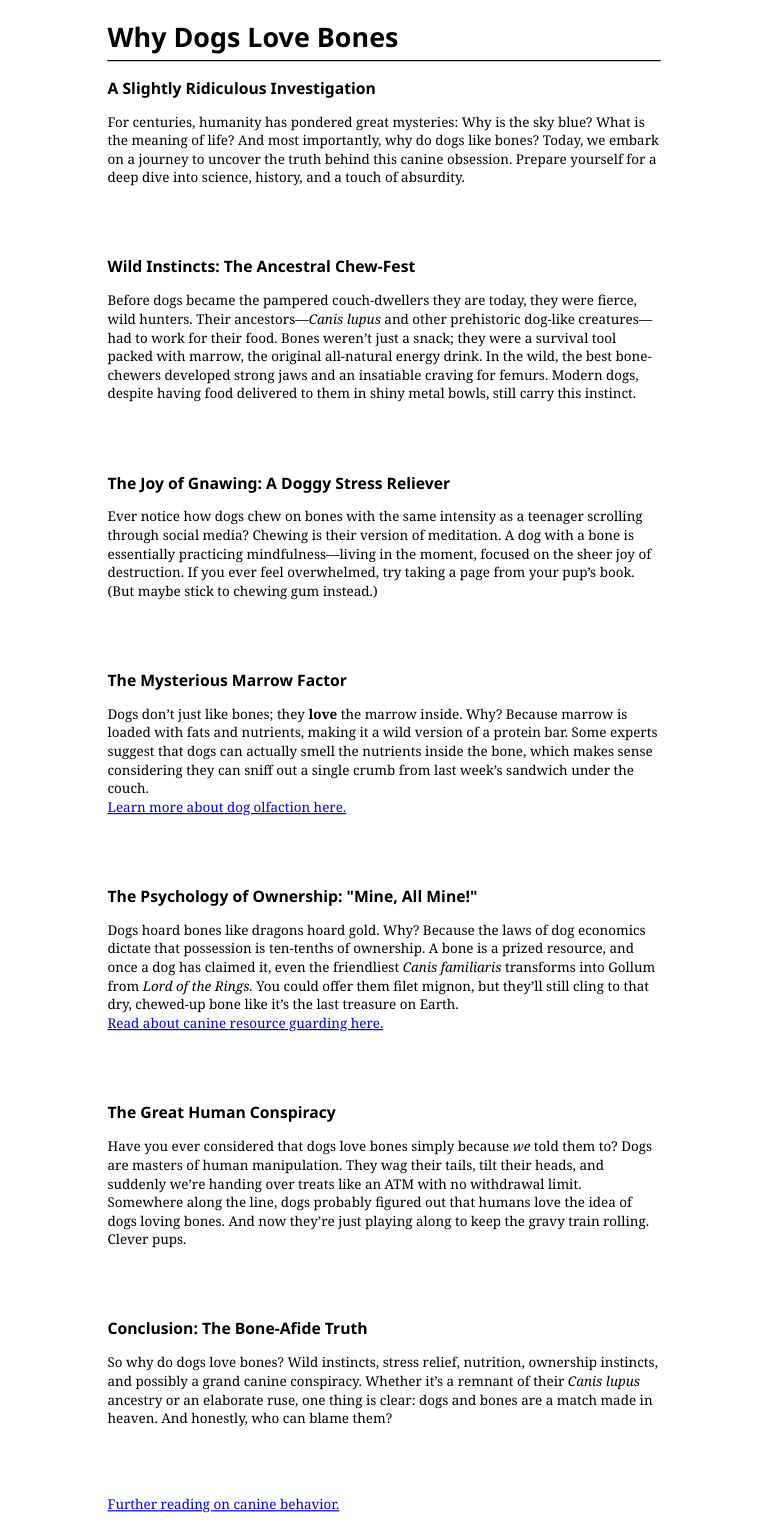
Repository: Leith-vdl/apprentice-challenge-1
Page: index.html
An editor plug-in stored every save of this project. The page is shown before and after the next save, followed by the edit.
The browser window is 1280 px wide. The pictures show the whole page, at 60% of full size.

Above is the page before, as saved 2025-01-31 15:27:49.

### index.html
<!DOCTYPE html>
<html lang="en">
<head>
    <meta charset="UTF-8">
    <meta name="viewport" content="width=device-width, initial-scale=1.0">
    <title>Why Dogs Love Bones</title>
    <link rel="stylesheet" href="styles/styles.css">
</head>
<body>
    <header class="page-header">
        <h1 class="page-header-title">
            Why Dogs Love Bones
        </h1>
    </header>
    <main>
        <section>
            <h3 class="section-title">A Slightly Ridiculous Investigation</h3>
            <p class="section-main-text">
                For centuries, humanity has pondered great mysteries: Why is the sky blue? What is the
                meaning of life? And most importantly, why do dogs like bones? Today, we embark on a
                journey to uncover the truth behind this canine obsession. Prepare yourself for a deep dive into
                science, history, and a touch of absurdity.
            </p>
        </section>
        <section>
            <h3 class="section-title">Wild Instincts: The Ancestral Chew-Fest</h3>
            <p class="section-main-text">
                Before dogs became the pampered couch-dwellers they are today, they were fierce, wild
                hunters. Their ancestors—<i>Canis lupus</i> and other prehistoric dog-like creatures—had to work for
                their food. Bones weren’t just a snack; they were a survival tool packed with marrow, the
                original all-natural energy drink. In the wild, the best bone-chewers developed strong jaws
                and an insatiable craving for femurs. Modern dogs, despite having food delivered to them in
                shiny metal bowls, still carry this instinct.
            </p>
        </section>
        <section>
            <h3 class="section-title">The Joy of Gnawing: A Doggy Stress Reliever</h3>
            <p class="section-main-text">
                Ever notice how dogs chew on bones with the same intensity as a teenager scrolling through
                social media? Chewing is their version of meditation. A dog with a bone is essentially practicing
                mindfulness—living in the moment, focused on the sheer joy of destruction. If you ever feel
                overwhelmed, try taking a page from your pup’s book. (But maybe stick to chewing gum
                instead.)
            </p>
        </section>
        <section>
            <h3 class="section-title">The Mysterious Marrow Factor</h3>
            <p class="section-main-text">
                Dogs don’t just like bones; they <b>love</b> the marrow inside. Why? Because marrow is loaded with
                fats and nutrients, making it a wild version of a protein bar. Some experts suggest that dogs
                can actually smell the nutrients inside the bone, which makes sense considering they can sniff
                out a single crumb from last week’s sandwich under the couch.<br>
                <a href="https://vcahospitals.com/know-your-pet/how-dogs-use-smell-to-perceive-the-world" target="_blank">Learn more about dog olfaction here.</a>
            </p>
        </section>
        <section>
            <h3 class="section-title">The Psychology of Ownership: "Mine, All Mine!"</h3>
            <p class="section-main-text">
                Dogs hoard bones like dragons hoard gold. Why? Because the laws of dog economics dictate
                that possession is ten-tenths of ownership. A bone is a prized resource, and once a dog has
                claimed it, even the friendliest <i>Canis familiaris</i> transforms into Gollum from <i>Lord of the Rings.</i>
                You could offer them filet mignon, but they’ll still cling to that dry, chewed-up bone like it’s the
                last treasure on Earth.<br>
                <a href="https://www.battersea.org.uk/pet-advice/dog-advice/dealing-resource-guarding?gad_source=1&gclid=Cj0KCQiAhvK8BhDfARIsABsPy4h3CRlVVPVANZfAc-HngzDTwKg5KUgeNuAmZD8EIJDuwS7ktlBpRYQaAjNyEALw_wcB" target="_blank">Read about canine resource guarding here.</a>
            </p>
        </section>
        <section>
            <h3 class="section-title">The Great Human Conspiracy</h3>
            <p class="section-main-text">
                Have you ever considered that dogs love bones simply because <i>we</i> told them to? Dogs are
                masters of human manipulation. They wag their tails, tilt their heads, and suddenly we’re
                handing over treats like an ATM with no withdrawal limit. Somewhere along the line, dogs
                probably figured out that humans love the idea of dogs loving bones. And now they’re just
                playing along to keep the gravy train rolling. Clever pups.
            </p>
        </section>
        <section>
            <h3 class="section-title">Conclusion: The Bone-Afide Truth</h3>
            <p class="section-main-text">
                So why do dogs love bones? Wild instincts, stress relief, nutrition, ownership instincts, and
                possibly a grand canine conspiracy. Whether it’s a remnant of their <i>Canis lupus</i> ancestry or an
                elaborate ruse, one thing is clear: dogs and bones are a match made in heaven. And honestly,
                who can blame them?
            </p>
        </section>
    </main>
    <footer>
        <p>
            <a href="https://en.wikipedia.org/wiki/Dog_behavior" target="_blank">Further reading on canine behavior.</a>
        </p>
    </footer>
</body>
</html>

### styles/styles.css
body {
    margin: 1em 8em;
    font-size: 1.4em;
    font-family: Georgia, 'Times New Roman', Times, serif
}

.page-header {
    border-bottom: 2px solid black;
}

h1.page-header-title, h3.section-title {
    font-family: 'Segoe UI', Tahoma, Geneva, Verdana, sans-serif;
    margin-bottom: 0.2em;
}

p.section-main-text {
    padding-bottom: 4em;
}

After the next save:
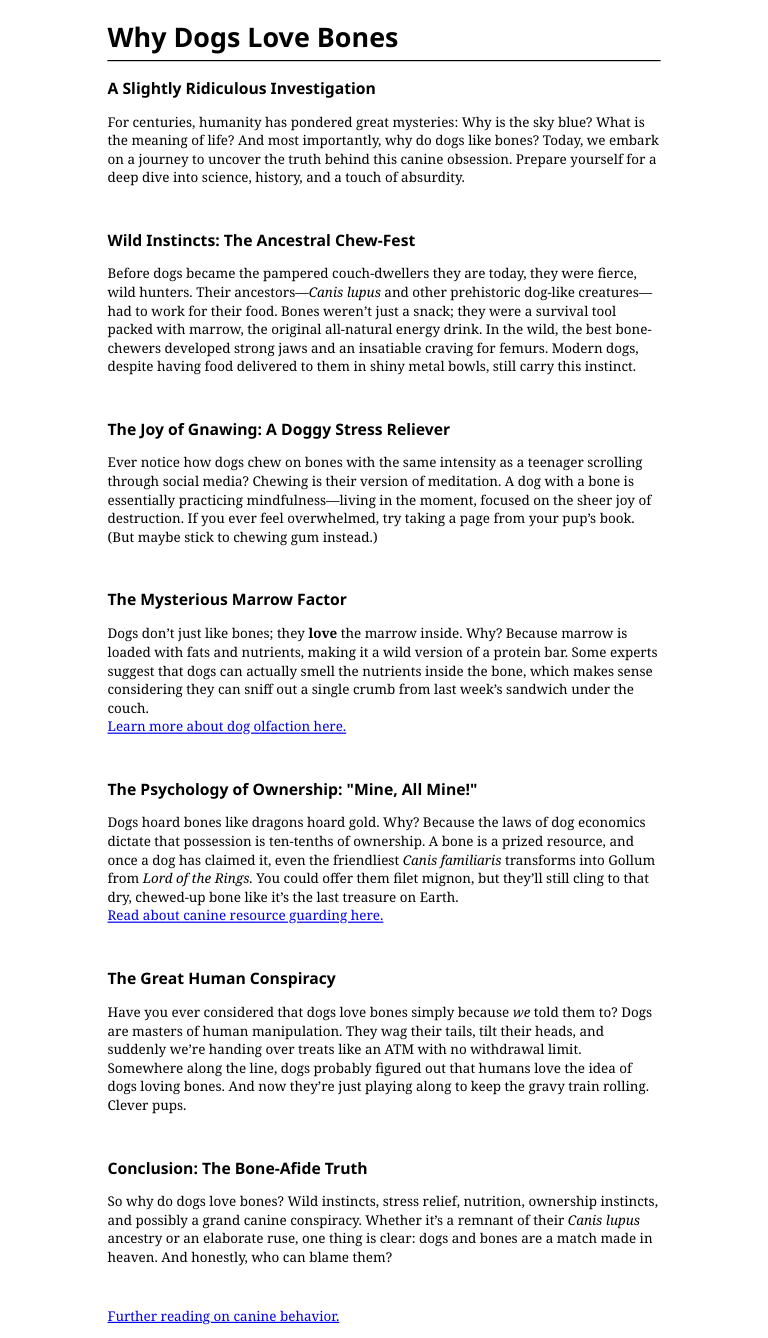
Saved 6 s later.
--- a/styles/styles.css
+++ b/styles/styles.css
@@ -14,5 +14,5 @@ h1.page-header-title, h3.section-title {
 }
 
 p.section-main-text {
-    padding-bottom: 4em;
+    padding-bottom: 2em;
 }
